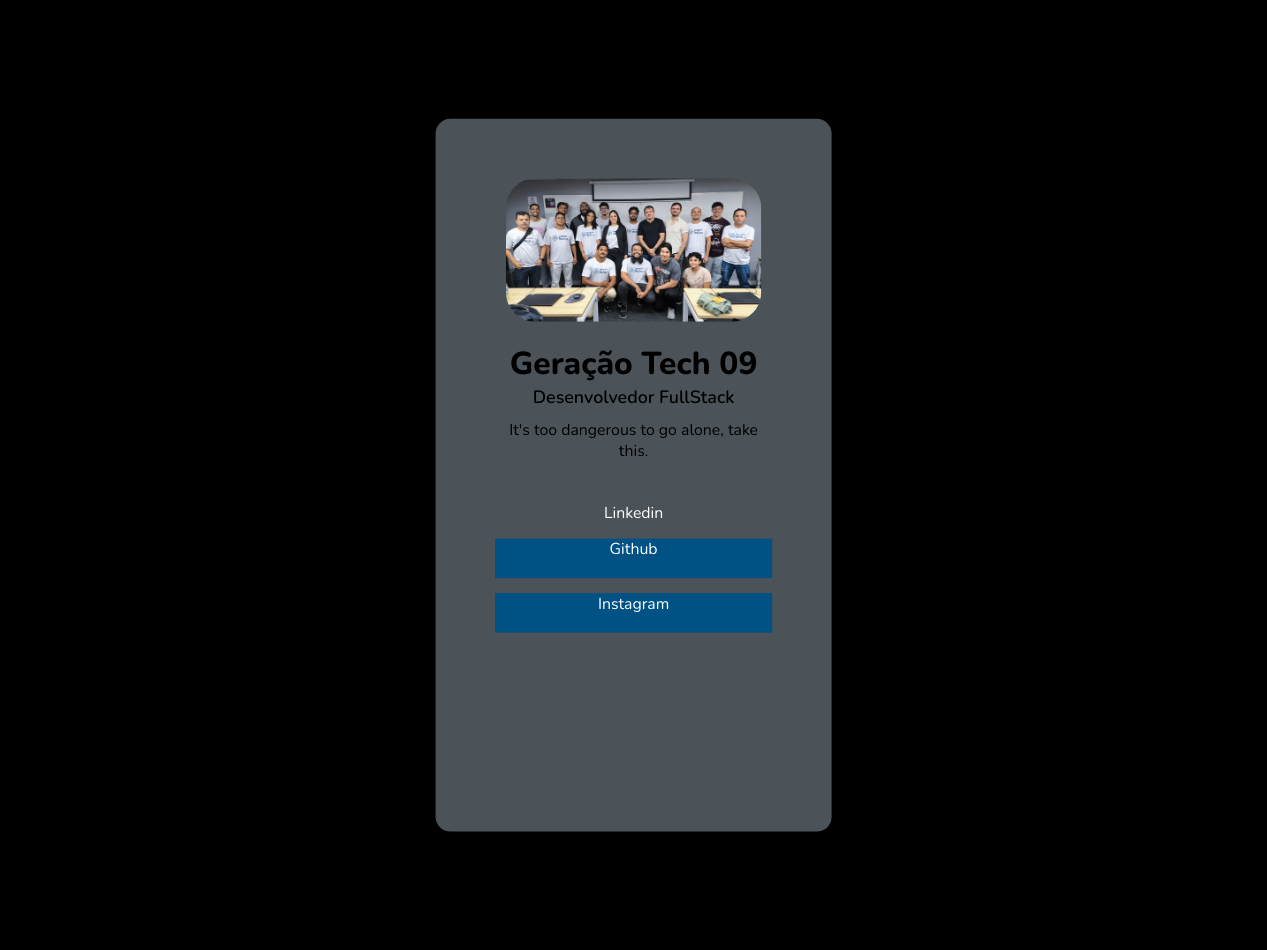
Repository: geracao-09/linktree-gt9
Page: index.html
The author's editor kept a copy of each file at every save. The page is drawn from the files as they stood at one save, then again after the next save.
The browser window is 1280 px wide. The pictures show the whole page, at 99% of full size.

Above is the page before, as saved 2025-04-11 09:24:45.

### index.html
<!DOCTYPE html>
<html lang="pt-br">
  <head>
    <meta charset="UTF-8" />
    <meta name="viewport" content="width=device-width, initial-scale=1.0" />
    <title>Linktree do GT09</title>
    <link rel="stylesheet" href="style.css" />
    <link rel="preconnect" href="https://fonts.googleapis.com" />
    <link rel="preconnect" href="https://fonts.gstatic.com" crossorigin />
    <link href="https://fonts.googleapis.com/css2?family=Nunito:ital,wght@0,200..1000;1,200..1000&display=swap" rel="stylesheet" />
  </head>
  <body>
    <div class="container-main">
      <div class="container-image">
        <img src="./assets/image-profile.jpg" alt="Foto dos top 25 geracao tech" />
      </div>
      <div class="container-infos">
        <h1>Geração Tech 09</h1>
        <h2>Desenvolvedor FullStack</h2>
      </div>
      <div class="container-easter-egg">
        <p>It's too dangerous to go alone, take this.</p>
      </div>
      <div class="container-social">
        <ul>

            <a href="https://www.linkedin.com/in/cesar-hideki-nagano-326b75115/" target="_blank"> Linkedin </a>
          </li>
          <li>
            <a href="https://github.com/geracao-09" target="_blank"> Github </a>
          </li>
          <li>
            <a href="https://www.instagram.com/hidekina/" target="_blank"> Instagram </a>
          </li>

### style.css
* {
  font-family: "Nunito", sans-serif;
  margin: 0;
  padding: 0;
  box-sizing: border-box;
}

body {
  background-color: #000000;
}

.container-main {
  background-color: #4b5358;
  width: 400px;
  height: 720px;
  box-sizing: border-box;
  margin: 120px auto;
  padding: 60px;
  border-radius: 15px;
  text-align: center;
}

.container-image img {
  width: 258px;
  border-radius: 30px;
}

.container-infos {
  margin-top: 15px;
  margin-bottom: 10px;
}

.container-infos h1 {
    font-weight: 800;
}

.container-infos h2 {
    font-weight: 600;
    font-size: 18px;
}
.container-social ul {
  list-style-type: none;
}

.container-social a {
  text-decoration: none;
  color: white;
}

.container-social {
  margin-top: 40px;
}

.container-social li {
  width: 280px;
  height: 40px;
  background-color: #005184;
  margin: 15px 0;
}

After the next save:
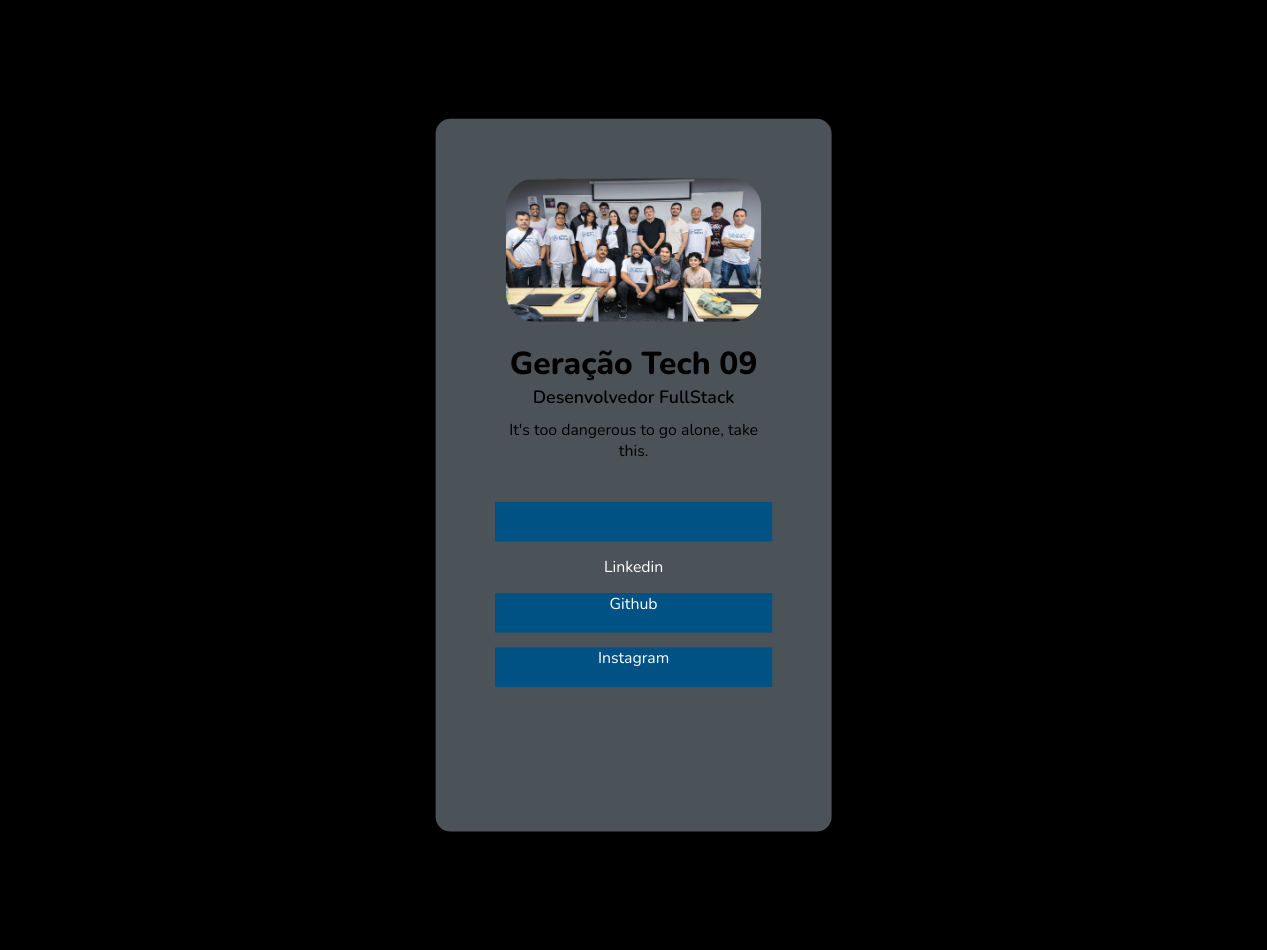
Saved 5 s later.
--- a/index.html
+++ b/index.html
@@ -24,7 +24,8 @@
       <div class="container-social">
         <ul>
 
-            <a href="https://www.linkedin.com/in/cesar-hideki-nagano-326b75115/" target="_blank"> Linkedin </a>
+            <a href="https://www.linkedin.com/in/cesar-hideki-nagano-326b75115/" target="_blank">
+              <li></li> Linkedin </a>
           </li>
           <li>
             <a href="https://github.com/geracao-09" target="_blank"> Github </a>
